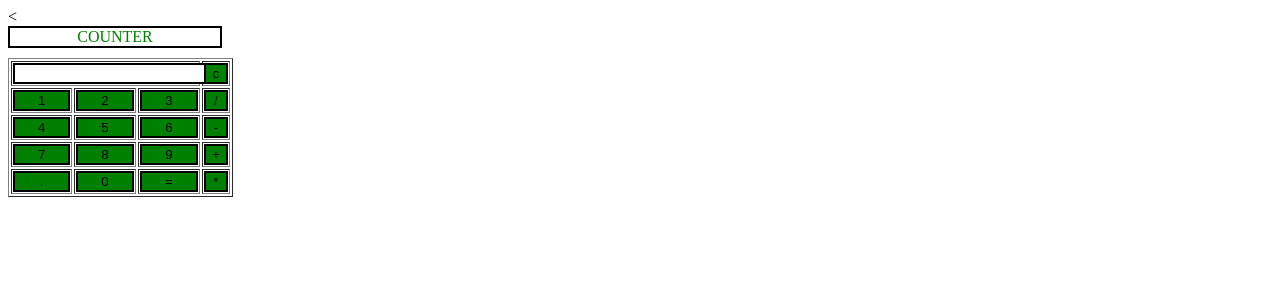
Repository: Seryozha02/Calculator
Page: calculator.html
An editor plug-in stored every save of this project. The page is shown before and after the next save, followed by the edit.
The browser window is 1280 px wide. The pictures show the whole page.

Above is the page before, as saved 2022-02-14 16:47:04.

### calculator.html
<!DOCTYPE html>
<html lang="en">
<head>
    <meta charset="UTF-8">
    <meta http-equiv="X-UA-Compatible" content="IE=edge">
    <meta name="viewport" content="width=4, initial-scale=1.0">
    <link rel="stylesheet" href="./calculator.css">
    <title>Calculator</title>
</head>
<body>
 <<div class = title > COUNTER</div>
 <table border="1">
    <tr>
       <td colspan="3"><input type="text" id="result"/></td>
       <td><input type="button" value="c" onclick="clr()"/> </td>
    </tr>
    <tr>

       <td><input type="button" value="1" onclick="dis('1')"/> </td>
       <td><input type="button" value="2" onclick="dis('2')"/> </td>
       <td><input type="button" value="3" onclick="dis('3')"/> </td>
       <td><input type="button" value="/" onclick="dis('/')"/> </td>
    </tr>
    <tr>
       <td><input type="button" value="4" onclick="dis('4')"/> </td>
       <td><input type="button" value="5" onclick="dis('5')"/> </td>
       <td><input type="button" value="6" onclick="dis('6')"/> </td>
       <td><input type="button" value="-" onclick="dis('-')"/> </td>
    </tr>
    <tr>
       <td><input type="button" value="7" onclick="dis('7')"/> </td>
       <td><input type="button" value="8" onclick="dis('8')"/> </td>
       <td><input type="button" value="9" onclick="dis('9')"/> </td>
       <td><input type="button" value="+" onclick="dis('+')"/> </td>
    </tr>
    <tr>
       <td><input type="button" value="." onclick="dis('.')"/> </td>
       <td><input type="button" value="0" onclick="dis('0')"/> </td>
       <!-- solve function call function solve to evaluate value -->
       <td><input type="button" value="=" onclick="solve()"/> </td>
       <td><input type="button" value="*" onclick="dis('*')"/> </td>
    </tr>
 </table>
</body>
    <script src="./calculator.js"></script>
</body>
</html>

### calculator.css
.title{
    margin-bottom: 10px;
    text-align:center;
    width: 210px;
    color:green;
    border: solid black 2px;
    }

    input[type="button"]
    {
    background-color:green;
    color: black;
    border: solid black 2px;
    width:100%
    }

    input[type="text"]
    {
    background-color:white;
    border: solid black 2px;
    width:100%
    }

Loaded but not shown: calculator.js (no copy from this time; the picture is the same without it)

After the next save:
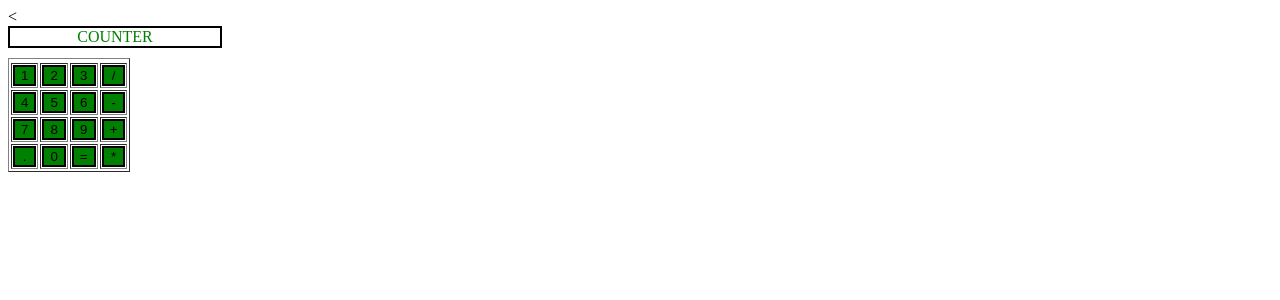
Saved 23 s later.
--- a/calculator.html
+++ b/calculator.html
@@ -11,8 +11,7 @@
  <<div class = title > COUNTER</div>
  <table border="1">
     <tr>
-       <td colspan="3"><input type="text" id="result"/></td>
-       <td><input type="button" value="c" onclick="clr()"/> </td>
+
     </tr>
     <tr>
 

After the save that followed:
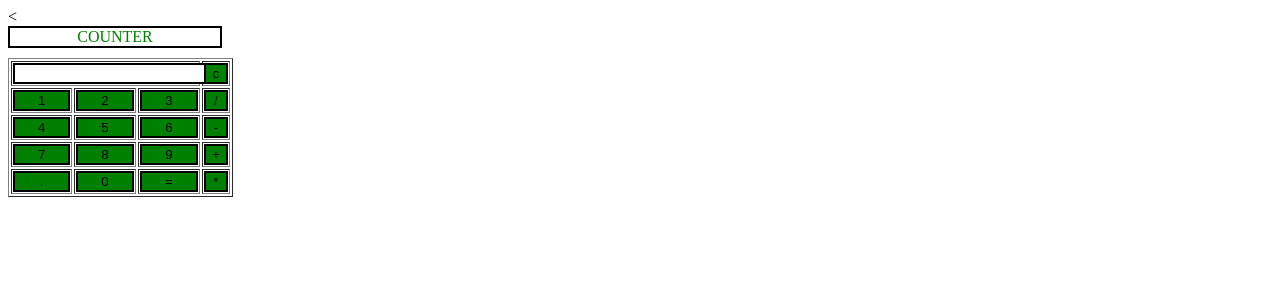
Saved 6 s later.
--- a/calculator.html
+++ b/calculator.html
@@ -11,7 +11,8 @@
  <<div class = title > COUNTER</div>
  <table border="1">
     <tr>
-
+       <td colspan="3"><input type="text" id="result"/></td>
+       <td><input type="button" value="c" onclick="clr()"/> </td>
     </tr>
     <tr>
 
